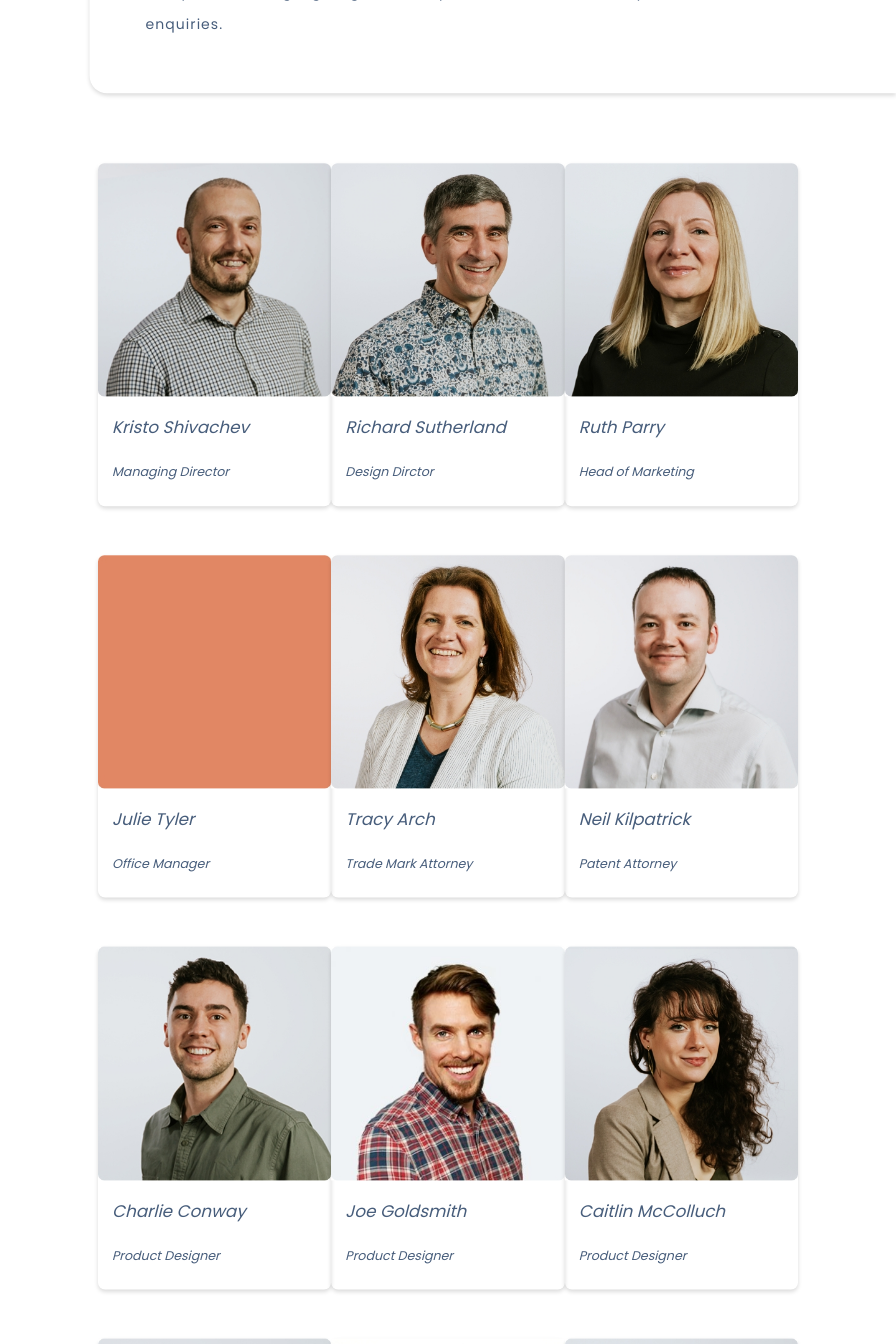
Repository: cobyfoster99/User-Centric-frontend-project
Page: about.html
The author's editor kept a record of every edit. The page is drawn from the files as they stood at one moment, then again after the next edit.
The browser window is 1280 px wide. The pictures show the part of the page from y = 1065 to 2985 px (the page is 4770 px tall), at 70% of full size.
Some web libraries are served in a nearby version.

Above is the page before.

### about.html
<!DOCTYPE html>
<html lang="en">

<head>
    <meta charset="UTF-8">
    <meta name="viewport" content="width=device-width, initial-scale=1.0, max-scale=1.0">
    <meta http-equiv="X-UA-Compatible" content="ie=edge">
    <link rel="stylesheet" href="assets/css/style.css" type="text/css" />
    <link rel="stylesheet" href="https://stackpath.bootstrapcdn.com/font-awesome/4.7.0/css/font-awesome.min.css" type="text/css" />
    <script src="https://kit.fontawesome.com/78b1021543.js"></script>
    <link rel="stylesheet" href="https://stackpath.bootstrapcdn.com/bootstrap/4.3.1/css/bootstrap.min.css" integrity="sha384-ggOyR0iXCbMQv3Xipma34MD+dH/1fQ784/j6cY/iJTQUOhcWr7x9JvoRxT2MZw1T" crossorigin="anonymous">
    <title>Simple Design Works | Product Design Agency</title>
    <script src="https://code.jquery.com/jquery-3.2.1.slim.min.js" integrity="sha384-KJ3o2DKtIkvYIK3UENzmM7KCkRr/rE9/Qpg6aAZGJwFDMVNA/GpGFF93hXpG5KkN" crossorigin="anonymous"></script>
    <script src="https://cdnjs.cloudflare.com/ajax/libs/popper.js/1.12.3/umd/popper.min.js" integrity="sha384-vFJXuSJphROIrBnz7yo7oB41mKfc8JzQZiCq4NCceLEaO4IHwicKwpJf9c9IpFgh" crossorigin="anonymous"></script>
    <script src="https://maxcdn.bootstrapcdn.com/bootstrap/4.0.0-beta.2/js/bootstrap.min.js" integrity="sha384-alpBpkh1PFOepccYVYDB4do5UnbKysX5WZXm3XxPqe5iKTfUKjNkCk9SaVuEZflJ" crossorigin="anonymous"></script>
    <title>Simple Design Works | About Us</title>
</head>

<body>

    <header>
        <nav class="navbar navbar-expand-md">
            <img class="logo img-responsive" src="./assets/media-library/logo.png"></img>
            <button class="navbar-toggler navbar-light" type="button" data-toggle="collapse" data-target="#collapsibleNavbar">
    <span class="navbar-toggler-icon"></span>
  </button>
            <div class="float-right">
                <div class="float-right collapse navbar-collapse nav-center" id="collapsibleNavbar">
                    <ul class="navbar-nav">
                        <li class="nav-item ">
                            <a class="nav-link" href="https://cobyfoster99.github.io/User-Centric-frontend-project/index.html">Home</a>
                        </li>
                        <li class="nav-item">
                            <a class="nav-active nav-link" href="https://cobyfoster99.github.io/User-Centric-frontend-project/about.html">About</a>
                        </li>
                        <li class="nav-item">
                            <a class="nav-link" href="https://cobyfoster99.github.io/User-Centric-frontend-project/contact.html">Contact</a>
                        </li>
                    </ul>
                </div>
            </div>
        </nav>
    </header>

    <section>

        <!--------------------- Global Banner Image--------------------->
        <div class="container-fluid">
            <div class="row banner-image-container no-gutters">
                <img class="banner-image" src="assets/media-library/Team banner.jpg"></img>
            </div>
        </div>


        <!--------------------- About Page About --------------------->
        <div class="container-about">
            <div class="about-section">
                <h3 class="about-h3 aligned-border">Meet The Team</h3>
                <p class="aligned-border about-p">We offer a service that covers conceptual design all the way through to putting your idea out into the market. Our dynamic team has expertise in many disciplines, with backgrounds in mechanical engineering, electronics, and product design,
                    giving us the capabilities to tackle most product enquiries.

                </p>
            </div>
        </div>

        <!--------------------- About Page Teem --------------------->
        <div class="container-fluid">
            <div class="meet-the-team">
                <div class="meet-the-team-box">
                    <img class="meet-the-team-img" src="./assets/media-library/Kristo.jpg"></img>
                    <h4 class="meet-the-team-h4">Kristo Shivachev</h4>
                    <h5 class="meet-the-team-h5">Managing Director</h5>
                </div>

                <div class="meet-the-team-box">
                    <img class="meet-the-team-img" src="./assets/media-library/Richard.jpg"></img>
                    <h4 class="meet-the-team-h4">Richard Sutherland</h4>
                    <h5 class="meet-the-team-h5">Design Dirctor</h5>
                </div>

                <div class="meet-the-team-box">
                    <img class="meet-the-team-img" src="./assets/media-library/Ruth.jpg"></img>
                    <h4 class="meet-the-team-h4">Ruth Parry</h4>
                    <h5 class="meet-the-team-h5">Head of Marketing</h5>
                </div>



                <div class="meet-the-team-box">
                    <img class="meet-the-team-img" src="./assets/media-library/Dummy.jpg"></img>
                    <h4 class="meet-the-team-h4">Julie Tyler</h4>
                    <h5 class="meet-the-team-h5">Office Manager</h5>
                </div>

                <div class="meet-the-team-box">
                    <img class="meet-the-team-img" src="./assets/media-library/Barker1.jpg"></img>
                    <h4 class="meet-the-team-h4">Tracy Arch</h4>
                    <h5 class="meet-the-team-h5">Trade Mark Attorney</h5>
                </div>

                <div class="meet-the-team-box">
                    <img class="meet-the-team-img" src="./assets/media-library/Barker2.jpg"></img>
                    <h4 class="meet-the-team-h4">Neil Kilpatrick</h4>
                    <h5 class="meet-the-team-h5">Patent Attorney</h5>
                </div>

                <div class="meet-the-team-box">
                    <img class="meet-the-team-img" src="./assets/media-library/charlie.jpg"></img>
                    <h4 class="meet-the-team-h4">Charlie Conway</h4>
                    <h5 class="meet-the-team-h5">Product Designer</h5>
                </div>

                <div class="meet-the-team-box">
                    <img class="meet-the-team-img" src="./assets/media-library/Joe.jpg"></img>
                    <h4 class="meet-the-team-h4">Joe Goldsmith</h4>
                    <h5 class="meet-the-team-h5">Product Designer</h5>
                </div>
                <div class="meet-the-team-box">
                    <img class="meet-the-team-img" src="./assets/media-library/caitlin.jpg"></img>
                    <h4 class="meet-the-team-h4">Caitlin McColluch</h4>
                    <h5 class="meet-the-team-h5">Product Designer</h5>
                </div>

                <div class="meet-the-team-box">
                    <img class="meet-the-team-img" src="./assets/media-library/Coby.jpg"></img>
                    <h4 class="meet-the-team-h4">Coby Foster</h4>
                    <h5 class="meet-the-team-h5">Software Developer</h5>
                </div>

                <div class="meet-the-team-box">
                    <img class="meet-the-team-img" src="./assets/media-library/Dasha.jpg"></img>
                    <h4 class="meet-the-team-h4">Dasha Barezka</h4>
                    <h5 class="meet-the-team-h5">Accountant</h5>
                </div>

                <div class="meet-the-team-box">
                    <img class="meet-the-team-img" src="./assets/media-library/Derren.jpg"></img>
                    <h4 class="meet-the-team-h4">Derren Hotchkiss</h4>
                    <h5 class="meet-the-team-h5">Bookkeeper</h5>
                </div>



                <div class="meet-the-team-box">
                    <img class="meet-the-team-img" src="./assets/media-library/Dummy.jpg"></img>
                    <h4 class="meet-the-team-h4">Pete Caspall</h4>
                    <h5 class="meet-the-team-h5">Industrial Engineer</h5>
                </div>

                <div class="meet-the-team-box">
                    <img class="meet-the-team-img" src="./assets/media-library/form.jpg"></img>
                    <h4 class="meet-the-team-h4">Polite-Gorilla</h4>
                    <h5 class="meet-the-team-h5">Form 2</h5>
                </div>

                <div class="meet-the-team-box">
                    <img class="meet-the-team-img" src="./assets/media-library/ultimaker.jpg"></img>
                    <h4 class="meet-the-team-h4">Sparky
                        <h4>
                            <h5 class="meet-the-team-h5">Ultimaker 3+</h5>
                </div>

            </div>
        </div>
        <div class="padding-100"></div>
    </section>

    <footer>
        <div class="container-fluid">
            <div class="row no-gutters footer-about">
                <div class="col-sm footer-section">
                    <h2 class="footer-h2">About</h2>
                    <p class="footer-p">We offer a service that covers conceptual design all the way through to putting your idea out into the market. Our dynamic team has expertise in many disciplines, with backgrounds in mechanical engineering, electronics, and product
                        design, giving us the capabilities to tackle most product enquiries.
                    </p>
                </div>
                <div class="col-sm footer-section footer-location">
                    <h2 class="footer-h2">Location</h2>
                    <p class="footer-p">Rural Enterprise Centre,<br> Rotherwas Industrial Estate<br> Hereford
                        <br> HR2 6FE<br>
                    </p>
                </div>
                <div class="col-sm footer-section footer-sitemap">
                    <h2 class="footer-h2">Sitemap</h2>
                    <p class="footer-p"><a class="footer-links" href="https://cobyfoster99.github.io/User-Centric-frontend-project/index">Home</a> <br> <a class="footer-links" href="https://cobyfoster99.github.io/User-Centric-frontend-project/about">About</a> <br> <a class="footer-links"
                            href="https://cobyfoster99.github.io/User-Centric-frontend-project/contact">Contact</a> <br>
                        <p class="footer-p">© simple design works 2019</p>
                    </p>
                </div>


            </div>
        </div>
    </footer>

</body>

</html>

### assets/css/style.css
/* ------------------------------------------- Typography */

@import url('https://fonts.googleapis.com/css?family=Poppins:400,600,700&display=swap');

h1,
h2,
h3,
h4,
h5,
p,
span {
    font-family: "poppins", sans-serif;
    color: #475D7B;
}


/* -------------------------------------------- Global Header */

header {
    background-color: #fffff;
    padding-top: 20px;
    padding-bottom: 20px;
}

.logo {
    display: inline-block;
    max-width: 70%;
    height: auto;
    transition: all .5s ease-in-out;
    -moz-transition: all .5s ease-in-out;
    -webkit-transition: all .5s ease-in-out;
}


.navbar-light .navbar-nav {
    color: #475D7B;
}



.nav-link {
    font-size: 18px;
    text-align: right;
    color: #475D7B;
    display: block;
    text-decoration: none;
    font-weight: 600;
    transition: all .5s ease-in-out;
    -moz-transition: all .5s ease-in-out;
    -webkit-transition: all .5s ease-in-out;
}

.nav-active,
.nav-link:hover
 {
    color: #E18763;
}
.nav-item {
    padding-left: 30px;
}



/* -------------------------------------------- Global Banner Image */

.banner-image {
    display: block;
    margin-left: auto;
    margin-right: auto;
    padding-left: 10px;
    max-width: 100%;
    height: auto;
}

/* -------------------------------------------- Global SDW Catchphrase */

.catchphrase {
    display: block;
    text-align: center;
    margin-left: auto;
    margin-right: auto;
    padding-top: 75px;
}

.header-h3 {
    text-align: center;
    display: inline-block;
    padding-left: 10px;
}

/* -------------------------------------------- Home-page About */

.about-section {
    display: block;
    box-shadow: 0px 3px 6px rgba(0, 0, 0, 0.15);
    border-radius: 25px;
    margin-bottom: 50px;
    margin-top: 100px;
}

.aligned-border {
    padding: 20px;
}

.about-h3 {
    padding-top: 75px;
    line-height: 35pt;
    letter-spacing: 1.5px;
}

.about-p {
    padding-top: 20px;
    padding-bottom: 75px;
    line-height: 35pt;
    letter-spacing: 1.5px;
    font-size: 20px;
}

.container-about {
    margin-left: auto;
    margin-right: auto;
    width: 80%;
}

/* -------------------------------------------- Portfolio Section - Homepage*/

.container-porfolio {
    margin-left: auto;
    margin-right: auto;
    width: 80%;
    padding-top: 100px;
    padding-bottom: 100px;
}

.portfolio-title {
    padding-left: 80px;
    padding-bottom: 50px;
}

.left-Featured {
    text-align: left;
    padding-left: 80px;
}

.folio-image {
    max-width: 100%;
    width: auto;
    min-height: auto;
    vertical-align: top;
    margin-right: auto;
    margin-left: auto;
    padding-top: 25px;
}

.folio-image-right {
    vertical-align: top;
    float: left;
    text-align: right;
}

.portfolio-skp {
    margin-left: auto;
    margin-right: auto;
}


.padded-image {
    padding-bottom: 0px;
}

.left-Featured {
    padding-bottom: 50px;
}

/* -------------------------------------------- Contact Section - Homepage*/

.container-contact {
    margin-left: auto;
    margin-right: auto;
    width: 80%;
    padding-bottom: 100px;
}

.full-name {
    margin-top: 20px;
    width: 100%;
    height: 50px;
    box-shadow: 0px 3px 6px rgba(0, 0, 0, 0.15);
    border-radius: 10px;
    border: none;
    font-family: "poppins", sans-serif;
    font-size: 16px;
}

::-webkit-input-placeholder {
    color: #475D7B;
    padding-left: 20px;
}


.dicuss-idea {
    margin-top: 20px;
    width: 100%;
    box-shadow: 0px 3px 6px rgba(0, 0, 0, 0.15);
    border-radius: 10px;
    border: none;
    font-family: "poppins", sans-serif;
    font-size: 16px;
}

.submit-button {
    width: 30%;
    margin-top: 20px;
    margin-left: 0;
    height: 50px;
    border-radius: 10px;
    border: none;
    font-family: "poppins", sans-serif;
    font-size: 16px;

}

/* -------------------------------------------- About Page*/

.meet-the-team {
    width: 80%;
    margin-left: auto;
    margin-right: auto;
    display: flex;
    flex-wrap: wrap;
}

.meet-the-team-box {
    margin-top: 50px;
    box-shadow: 0px 3px 6px rgba(0, 0, 0, 0.15);
    border-radius: 10px;
    margin-bottom: 20px;
}


.meet-the-team-img {
    max-width: 100%;
    height: auto;

}

.meet-the-team-h4 {
    padding: 30px 0px 0px 20px;
    font-style: italic;
}

.meet-the-team-h5 {
    padding: 30px 30px 30px 20px;
    font-style: italic;
    font-size: 18px;
}

.bottom-box-row {
    padding-bottom: 50px;
}

.padding-100 {
    padding-top: 100px;
}


/* -------------------------------------------- Contact Page*/

.contact-page-container {
    width: 80%;
    margin-left: auto;
    margin-right: auto;
}

.contact-form-contact {
    width: 60%;
    padding-left: 20px;
    padding-top: 100px;
    padding-bottom: 100px;
    display: inline-block;
}

.contact-info-contact {
    padding-left: 100px;
    padding-top: 100px;
    width: 30%;
    display: inline-block;
}

.contact-info-p {
    padding-top: 20px;
}

.icon {
    padding-left: 10px;
    font-size: 32pt;
    color: #475D7B;
    border-radius: 50%
}

.home-contact-sub {
    padding-top: 50px;
}



/* -------------------------------------------- Footer */

footer {
    background-color: #f1f1f1;
    padding-top: 20px;
    padding-bottom: 20px;
}

.footer-section {
    text-align: left;
    padding-top: 20px;
    padding-bottom: 20px;
}


.footer-h2 {
    padding-bottom: 20px;
    font-size: 24px;
    text-align: left;
}

.footer-p {
    font-size: 16px;
    line-height: 22pt;
    text-align: left;
}

.footer-links {
    text-decoration: none;
    color: #475D7B;
}

.footer-links:hover {
    text-decoration: none;
    color: #475D7B;
}



/* -------------------------------------------- Media Queries - Global Header*/

@media only screen and (max-width: 1920px) and (min-width: 1200px) {
    .nav-center {
        float: right;
    }
    nav {
        width: 80%;
        margin-left: auto;
        margin-right: auto;
    }
}

@media only screen and (max-width: 1920px) and (min-width: 1920px) {
    .float-right {
        padding-left: 380px;
        width: 100%;
    }
}

@media only screen and (max-width: 1900px) and (min-width: 1000px) {
    .float-right {
        padding-left: 150px;
        width: 100%;
    }
}

/* -------------------------------------------- Media Queries - Catchphrase Global */

@media only screen and (max-width: 1920px) and (min-width: 1200px) {
    .header-h3 {
        padding-left: 20px;
        padding-right: 75px;
    }
}


/* -------------------------------------------- Media Queries - Home-page-about */

@media only screen and (max-width: 1920px) and (min-width: 1200px) {
    .container-about {
        margin-right: 0;
        margin-left: 10%;
        width: 90%;
    }
    .about-section {
        border-radius: 25px 0px 0px 25px;
    }
    .about-p,
    .about-h3 {
        padding-right: 200px;
        padding-left: 80px;

    }
}


@media only screen and (max-width: 1200px) and (min-width: 300px) {
    .about-p,
    .about-h3 {

        line-height: normal;
        letter-spacing: normal;
        text-align: center;

    }
    .about-p {
        padding-bottom: 50px;
        padding-top: 0px;
        font-size: 16px;
    }
    .about-h3 {
        padding-top: 50px;
    }
}

/* -------------------------------------------- Media Queries - Home-page-portfolio */

@media only screen and (max-width: 1920px) and (min-width: 1200px) {
    .portfolio-item-large {
        margin: 0;
    }
}

@media only screen and (max-width: 1200px) and (min-width: 300px) {
    .left-Featured {
        padding-left: 0px;
        text-align: center;
        padding-bottom: 20px;
    }
    .container-portfolio {
        width: 100%;
        margin: 0;
    }
}

/* -------------------------------------------- Media Queries - about-page-Meet-the-team */

@media only screen and (max-width: 1920px) and (min-width: 1200px) {
    .meet-the-team-box {
        max-width: 33.33%;
        margin-left: auto;
        margin-right: auto;
    }
}

@media only screen and (max-width: 1200px) and (min-width: 768px) {
    .meet-the-team-box {
        max-width: 45%;
        margin-left: 10px;
        margin-right: 10px;
    }
}

/* -------------------------------------------- Media Queries - Contact-page */

@media only screen and (max-width: 786px) and (min-width: 300px) {
    .contact-form-contact {
        width: 100%;
        padding-left: 10px;
        padding-top: 100px;
        padding-bottom: 100px;
        display: inline-block;
    }
}

@media only screen and (max-width: 786px) and (min-width: 300px) {
    .contact-info-contact {
        padding-left: 0px;
        padding-top: 0px;
        padding-bottom: 50px;
        width: 100%;
        display: inline-block;
    }
}


/* -------------------------------------------- Media Queries - Footer */

@media only screen and (max-width: 1920px) and (min-width: 1200px) {
    .footer-location {
        margin-left: 180px;
    }

    footer {
        padding-left: 250px;
        padding-right: 250px;
    }
}



@media only screen and (max-width: 1200px) and (min-width: 768px) {
    footer {
        padding-left: 50px;
        padding-right: 0px;
    }
    .footer-sitemap,
    .footer-location {
        margin-left: 50px;
        padding-right: 0px;
    }
}


@media only screen and (max-width: 1200px) and (min-width: 300px) {
    .footer-p {
        font-size: 14px;
    }
}

After the next edit:
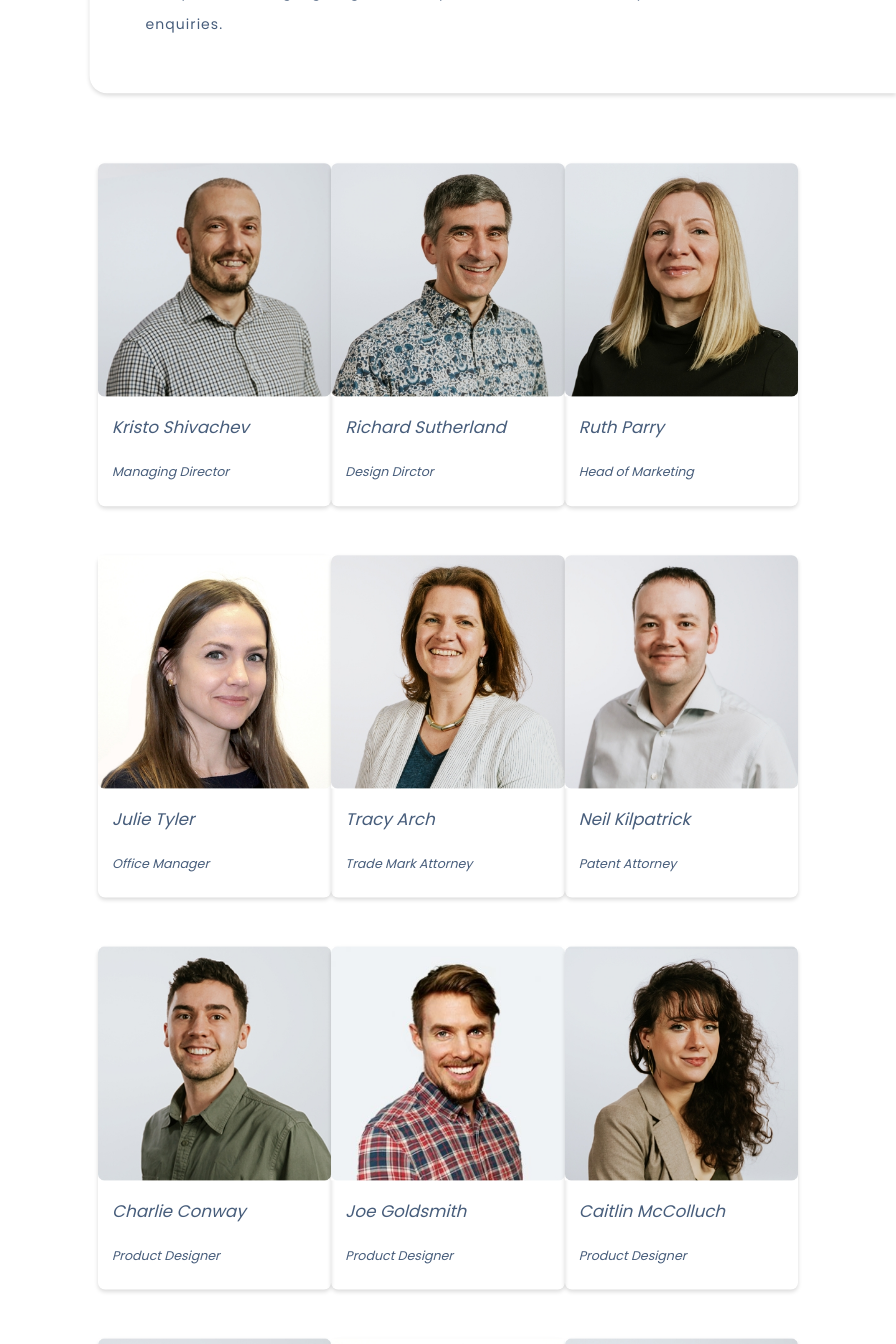
The edit:
--- a/about.html
+++ b/about.html
@@ -87,7 +87,7 @@
 
 
                 <div class="meet-the-team-box">
-                    <img class="meet-the-team-img" src="./assets/media-library/Dummy.jpg"></img>
+                    <img class="meet-the-team-img" src="./assets/media-library/Dasha.jpg"></img>
                     <h4 class="meet-the-team-h4">Julie Tyler</h4>
                     <h5 class="meet-the-team-h5">Office Manager</h5>
                 </div>
